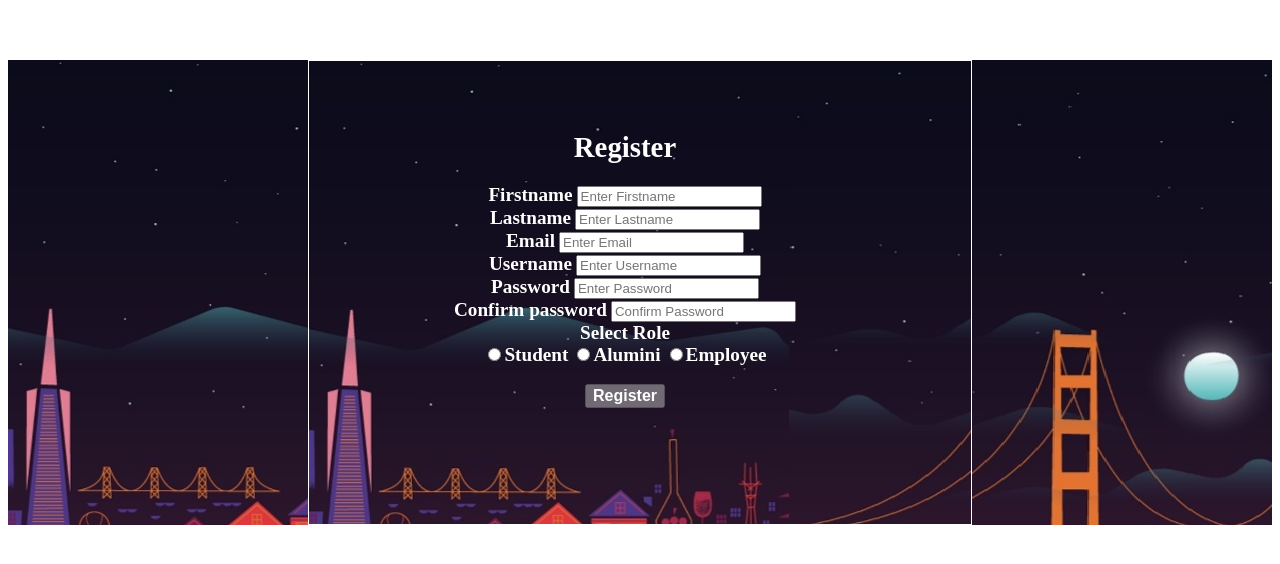
Repository: NeeleshPoojari/Project-2
Page: frontend_project2/WebContent/views/registrationform.html
The author's editor kept a copy of each file at every save. The page is drawn from the files as they stood at one save, then again after the next save.
The browser window is 1280 px wide. The pictures show the whole page.

Above is the page before, as saved 2017-07-22 08:26:20.

After the next save:
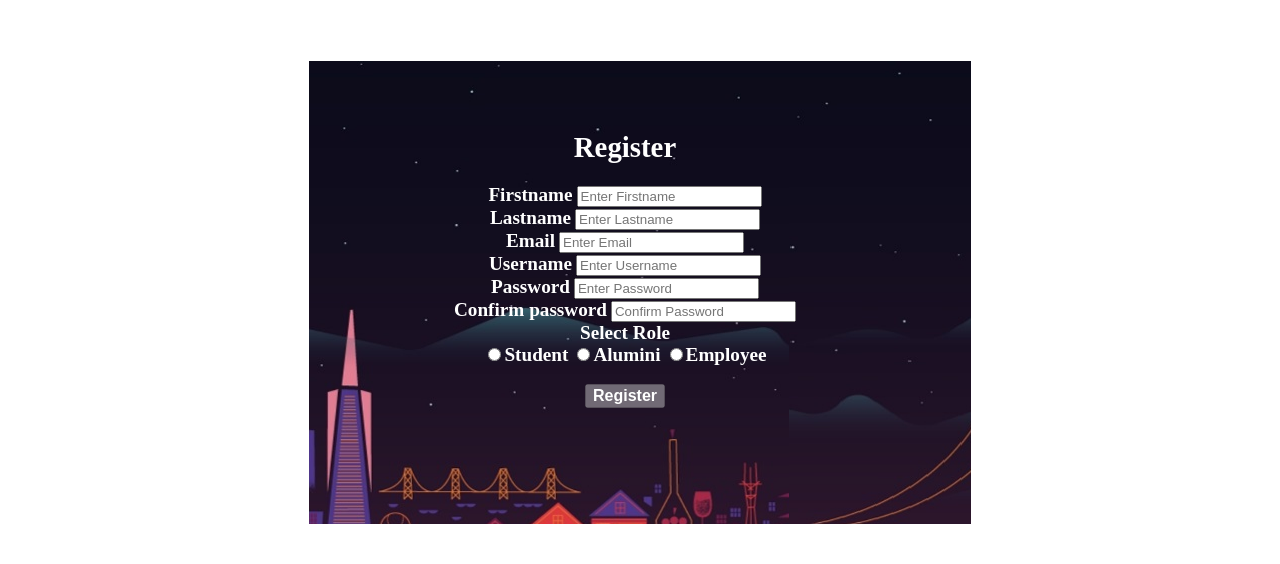
Saved 26 h 18 min later.
--- a/frontend_project2/WebContent/views/registrationform.html
+++ b/frontend_project2/WebContent/views/registrationform.html
@@ -2,7 +2,7 @@
 <script src="js/passwordConfirm.js"></script>
 
 
-<div style="background-image: url('images/down1.png');">
+<div >
 <div class="Container">
 	<div class="middle" style="margin-top: 60px;background-image: url('images/down1.png');">
 
